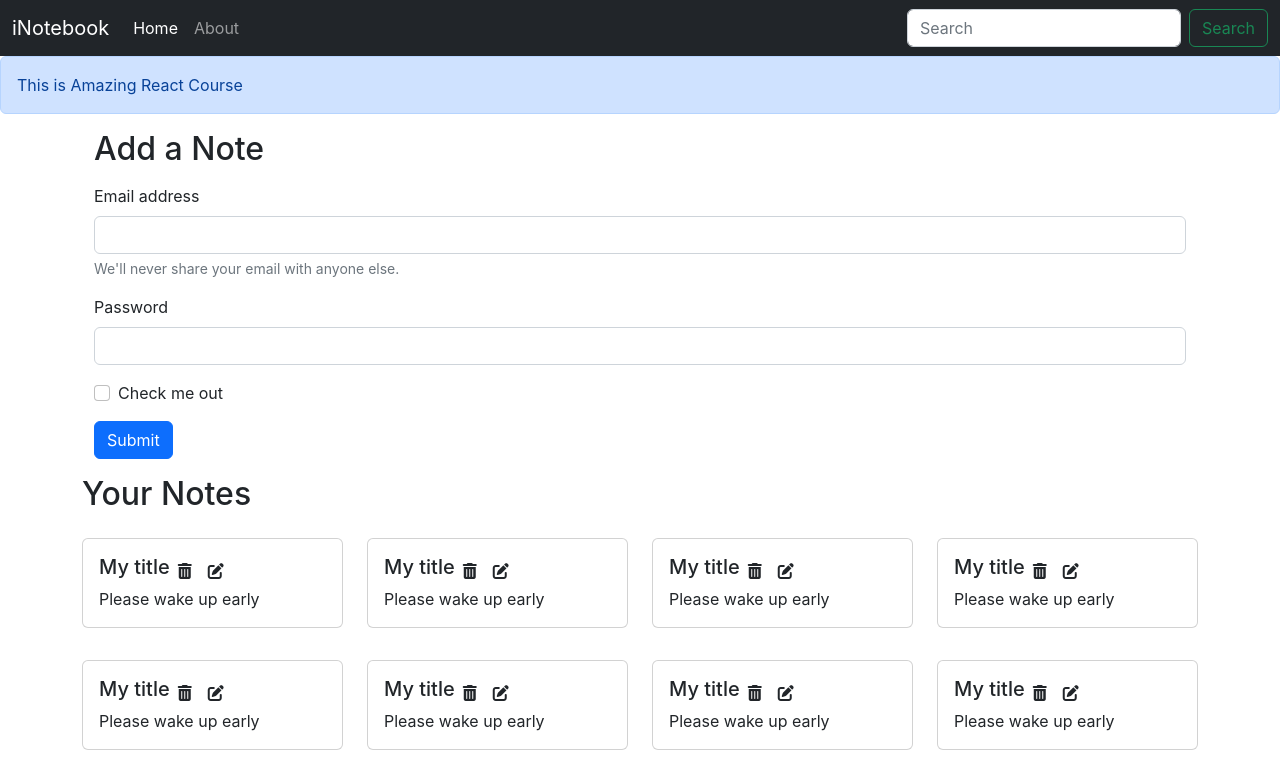
Repository: SatishPatil108/iNotebook-React
Page: /
These files come from the project's save history. The page is drawn as it stood at one moment and after the next save; the edit follows.
The browser window is 1280 px wide. The pictures show the whole page.
Some web libraries are served in a nearby version. The project was rebuilt for these pictures with package versions that can differ from the ones it lists, and the page was loaded fresh each time. Also part of the build but not shown: src/App.css, src/components/About.js.

Above is the page before, as saved 2022-07-26 16:53:17.

### public/index.html
<!DOCTYPE html>
<html lang="en">

<head>
  <meta charset="utf-8" />
  <link rel="icon" href="%PUBLIC_URL%/favicon.ico" />
  <meta name="viewport" content="width=device-width, initial-scale=1" />
  <meta name="theme-color" content="#000000" />
  <meta name="description" content="Web site created using create-react-app" />
  <link rel="apple-touch-icon" href="%PUBLIC_URL%/logo192.png" />

  <link rel="manifest" href="%PUBLIC_URL%/manifest.json" />
  <link href="https://cdn.jsdelivr.net/npm/bootstrap@5.2.0/dist/css/bootstrap.min.css" rel="stylesheet"
    integrity="sha384-gH2yIJqKdNHPEq0n4Mqa/HGKIhSkIHeL5AyhkYV8i59U5AR6csBvApHHNl/vI1Bx" crossorigin="anonymous">

  <title>iNotebook - Your Notes Secured in the Cloud</title>
</head>

<body>
  <noscript>You need to enable JavaScript to run this app.</noscript>
  <div id="root"></div>
  <script src="https://kit.fontawesome.com/e892c3092d.js" crossorigin="anonymous"></script>
  <script src="https://cdn.jsdelivr.net/npm/@popperjs/core@2.11.5/dist/umd/popper.min.js"
    integrity="sha384-Xe+8cL9oJa6tN/veChSP7q+mnSPaj5Bcu9mPX5F5xIGE0DVittaqT5lorf0EI7Vk"
    crossorigin="anonymous"></script>
  <script src="https://cdn.jsdelivr.net/npm/bootstrap@5.2.0/dist/js/bootstrap.min.js"
    integrity="sha384-ODmDIVzN+pFdexxHEHFBQH3/9/vQ9uori45z4JjnFsRydbmQbmL5t1tQ0culUzyK"
    crossorigin="anonymous"></script>

</body>

</html>

### src/App.js
import './App.css';
import {
  BrowserRouter as Router,
  Routes,
  Route
} from "react-router-dom";
import Navbar from './components/Navbar';
import Home from './components/Home';
import About from './components/About';
import NoteState from './context/notes/NoteState';
import { Alert } from './components/Alert';

function App() {
  return (
    <>
      <NoteState>
        <Router>
          <Navbar />
          <Alert message="This is Amazing React Course" />
          <div className="container">
            <Routes>
              <Route exact path="/" element={<Home />}></Route>
              <Route exact path="/about" element={<About />}></Route>
            </Routes>
          </div>
        </Router>
      </NoteState>
    </>
  );
}

export default App;

### src/components/Navbar.js
import React, { useEffect } from 'react'
import { Link, useLocation } from "react-router-dom";

const Navbar = () => {

    let location = useLocation();
    useEffect(() => {
        console.log(location.pathname);
    }, [location]);
    return (
        <div>
            <nav className="navbar navbar-expand-lg navbar-dark  bg-dark">
                <div className="container-fluid">
                    <Link className="navbar-brand" to="/">iNotebook</Link>
                    <button className="navbar-toggler" type="button" data-bs-toggle="collapse" data-bs-target="#navbarSupportedContent" aria-controls="navbarSupportedContent" aria-expanded="false" aria-label="Toggle navigation">
                        <span className="navbar-toggler-icon"></span>
                    </button>
                    <div className="collapse navbar-collapse" id="navbarSupportedContent">
                        <ul className="navbar-nav me-auto mb-2 mb-lg-0">
                            <li className="nav-item">
                                <Link className={`nav-link ${location.pathname === "/" ? "active" : ""}`} aria-current="page" to="/">Home</Link>
                            </li>
                            <li className="nav-item">
                                <Link className={`nav-link ${location.pathname === "/about" ? "active" : ""}`} to="/about">About</Link>
                            </li>
                        </ul>
                        <form className="d-flex" role="search">
                            <input className="form-control me-2" type="search" placeholder="Search" aria-label="Search" />
                            <button className="btn btn-outline-success" type="submit">Search</button>
                        </form>
                    </div>
                </div>
            </nav>
        </div>
    )
}

export default Navbar

### src/components/Home.js
import AddNote from './AddNote';
import Notes from './Notes';

const Home = () => {
    return (
        <div>
            <AddNote />
            <Notes />
        </div>
    )
}

export default Home

### src/context/notes/NoteState.js
import NoteContext from "./noteContext";
import { useState } from "react";
const NoteState = (props) => {
    const notesInitial = [
        {
            "_id": "62da4a9m3624101fbcba2f70b",
            "user": "62da3547e5c581994402a424",
            "title": "My title",
            "description": "Please wake up early",
            "tag": "Personal",
            "date": "2022-07-22T06:58:27.100Z",
            "__v": 0
        },
        {
            "_id": "62da4a9362b4101fbcba2f70d",
            "user": "62da3547e5c581994402a424",
            "title": "My title",
            "description": "Please wake up early",
            "tag": "Personal",
            "date": "2022-07-22T06:58:27.254Z",
            "__v": 0
        },
        {
            "_id": "62da4b55g247e3f71d9903681",
            "user": "62da3547e5c581994402a424",
            "title": "My title",
            "description": "Please wake up early",
            "tag": "Personal",
            "date": "2022-07-22T07:01:41.403Z",
            "__v": 0
        },
        {
            "_id": "62da89d600716s3cf4d1b5c32",
            "user": "62da3547e5c581994402a424",
            "title": "My title",
            "description": "Please wake up early",
            "tag": "Personal",
            "date": "2022-07-22T11:28:22.313Z",
            "__v": 0
        },
        {
            "_id": "62da4a936241s01fbcba2f70b",
            "user": "62da3547e5c581994402a424",
            "title": "My title",
            "description": "Please wake up early",
            "tag": "Personal",
            "date": "2022-07-22T06:58:27.100Z",
            "__v": 0
        },
        {
            "_id": "62da4a936241q01fbcba2f70d",
            "user": "62da3547e5c581994402a424",
            "title": "My title",
            "description": "Please wake up early",
            "tag": "Personal",
            "date": "2022-07-22T06:58:27.254Z",
            "__v": 0
        },
        {
            "_id": "62da4b55247e3lf71d9903681",
            "user": "62da3547e5c581994402a424",
            "title": "My title",
            "description": "Please wake up early",
            "tag": "Personal",
            "date": "2022-07-22T07:01:41.403Z",
            "__v": 0
        },
        {
            "_id": "62da89d60b07163cf4d1b5c32",
            "user": "62da3547e5c581994402a424",
            "title": "My title",
            "description": "Please wake up early",
            "tag": "Personal",
            "date": "2022-07-22T11:28:22.313Z",
            "__v": 0
        }
    ]

    const [notes, setNotes] = useState(notesInitial)

    // Add a Note
    const addNote = (title, description, tag) => {
        // TODO: API Call
        note = {
            "_id": "62da89d60b07163cf4d1b5c32",
            "user": "62da3547e5c581994402a424",
            "title": "My title Added",
            "description": "Please wake up early",
            "tag": "Personal",
            "date": "2022-07-22T11:28:22.313Z",
            "__v": 0
        };
        setNotes(notes.push(note));
    }
    // Delete a Note
    const deleteNote = (id) => {

    }
    //  Edit a Note
    const editNote = () => {

    }



    return (
        <NoteContext.Provider value={{ notes, addNote, deleteNote, editNote }}>
            {props.children}
        </NoteContext.Provider>
    )
}

export default NoteState;

### src/components/Alert.js
import React from 'react'

export const Alert = (props) => {
    return (
        <div className="alert alert-primary" role="alert">
            {props.message}
        </div>
    )
}

### src/components/AddNote.js
import React from 'react'

const AddNote = () => {
    return (
        <div>
            <div className="container my-3">
                <h2>Add a Note</h2>
                <form className="my-3">
                    <div className="mb-3">
                        <label htmlFor="exampleInputEmail1" className="form-label">Email address</label>
                        <input type="email" className="form-control" id="exampleInputEmail1" aria-describedby="emailHelp" />
                        <div id="emailHelp" className="form-text">We'll never share your email with anyone else.</div>
                    </div>
                    <div className="mb-3">
                        <label htmlFor="exampleInputPassword1" className="form-label">Password</label>
                        <input type="password" className="form-control" id="exampleInputPassword1" />
                    </div>
                    <div className="mb-3 form-check">
                        <input type="checkbox" className="form-check-input" id="exampleCheck1" />
                        <label className="form-check-label" htmlFor="exampleCheck1">Check me out</label>
                    </div>
                    <button type="submit" className="btn btn-primary">Submit</button>
                </form>
            </div>
        </div>
    )
}

export default AddNote

### src/components/Notes.js
import React, { useContext } from 'react'
import noteContext from '../context/notes/noteContext';
import Noteitem from './Noteitem';

const Notes = () => {
    const context = useContext(noteContext);
    const { notes } = context;

    return (
        <div className="row my-3">
            <h2>Your Notes</h2>
            {notes.map((note) => {
                return <Noteitem key={note._id} note={note} />
            })}
        </div>
    )
}

export default Notes

### src/components/Noteitem.js
import React from 'react'

const Noteitem = (props) => {
    const { note, addNote } = props;
    return (
        <div className="col-md-3">
            <div className="card my-3">
                <div className="card-body">
                    <div className="d-flex align-items-center">
                        <h5 className="card-title">{note.title}</h5>
                        <i className="fa-solid fa-trash-can mx-2"></i>
                        <i className="fa-solid fa-pen-to-square mx-2"></i>
                    </div>
                    <p className="card-text">{note.description}</p>
                </div>
            </div>
        </div>
    )
}

export default Noteitem

Loaded but not shown: src/index.js (common file); src/index.css (common file); src/context/notes/noteContext.js (common file)

After the next save:
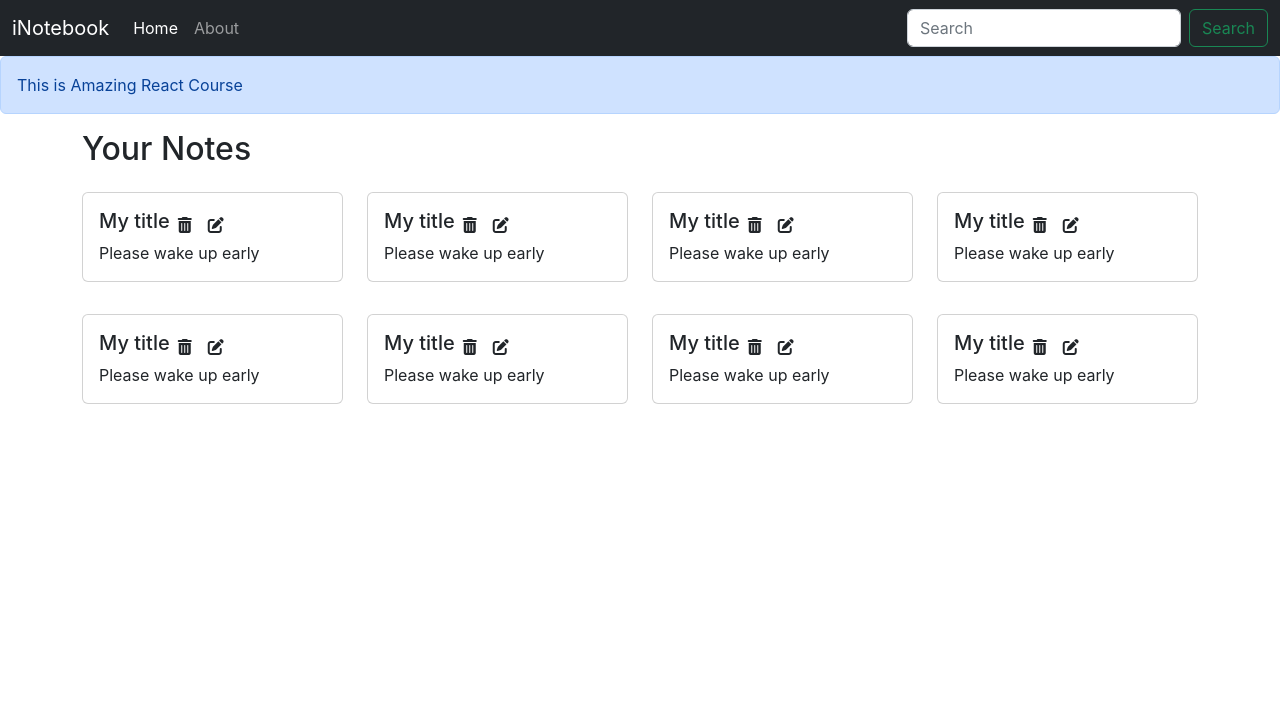
Saved 5 min 20 s later.
--- a/src/components/Home.js
+++ b/src/components/Home.js
@@ -1,10 +1,8 @@
-import AddNote from './AddNote';
 import Notes from './Notes';
 
 const Home = () => {
     return (
         <div>
-            <AddNote />
             <Notes />
         </div>
     )

After the 3 saves that followed:
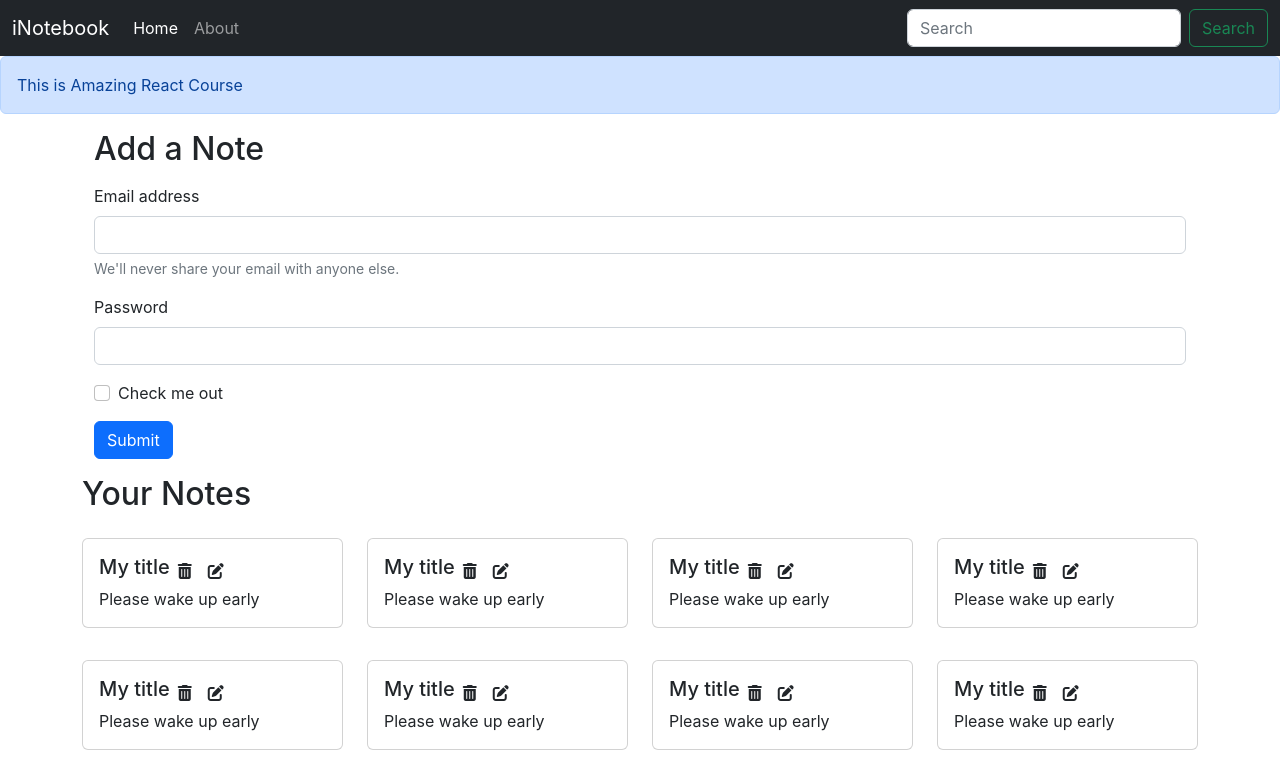
The 3 saves are shown as one change because 1 did not build or start and 1 left the picture as it was.
The last was saved 61 s later.
--- a/src/context/notes/NoteState.js
+++ b/src/context/notes/NoteState.js
@@ -85,7 +85,7 @@
             "_id": "62da89d60b07163cf4d1b5c32",
             "user": "62da3547e5c581994402a424",
             "title": "My title Added",
-            "description": "Please wake up early",
+            "description": "Please wake up early [ADDED]",
             "tag": "Personal",
             "date": "2022-07-22T11:28:22.313Z",
             "__v": 0
--- a/src/components/Notes.js
+++ b/src/components/Notes.js
@@ -1,5 +1,6 @@
 import React, { useContext } from 'react'
 import noteContext from '../context/notes/noteContext';
+import AddNote from './AddNote';
 import Noteitem from './Noteitem';
 
 const Notes = () => {
@@ -7,12 +8,16 @@
     const { notes } = context;
 
     return (
-        <div className="row my-3">
-            <h2>Your Notes</h2>
-            {notes.map((note) => {
-                return <Noteitem key={note._id} note={note} />
-            })}
-        </div>
+        <>
+            <AddNote />
+
+            <div className="row my-3">
+                <h2>Your Notes</h2>
+                {notes.map((note) => {
+                    return <Noteitem key={note._id} note={note} />
+                })}
+            </div>
+        </>
     )
 }
 
